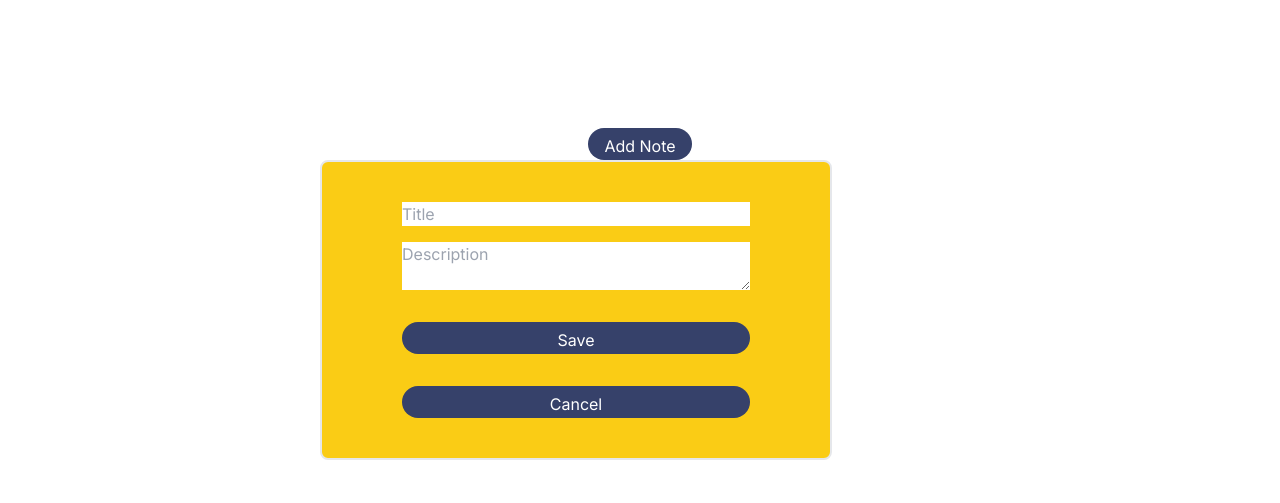
Repository: drumsmanku/next-and-nest-note-taker
Page: / (app in client/), after clicking the first element matching `button.px-4`
An editor plug-in stored every save of this project. The page is shown before and after the next save, followed by the edit.
The browser window is 1280 px wide. The pictures show the whole page.
The page's requests for data from a server got no answer. The project was rebuilt for these pictures with package versions that can differ from the ones it lists, and the page was loaded fresh each time. The framework's server and built-in components were replaced by stand-ins that run in the browser. No one was signed in, and anything a server would have sent is missing. Also part of the build but not shown: client/next.config.mjs.

Above is the page before, as saved 2024-03-14 12:47:57.

After the next save:
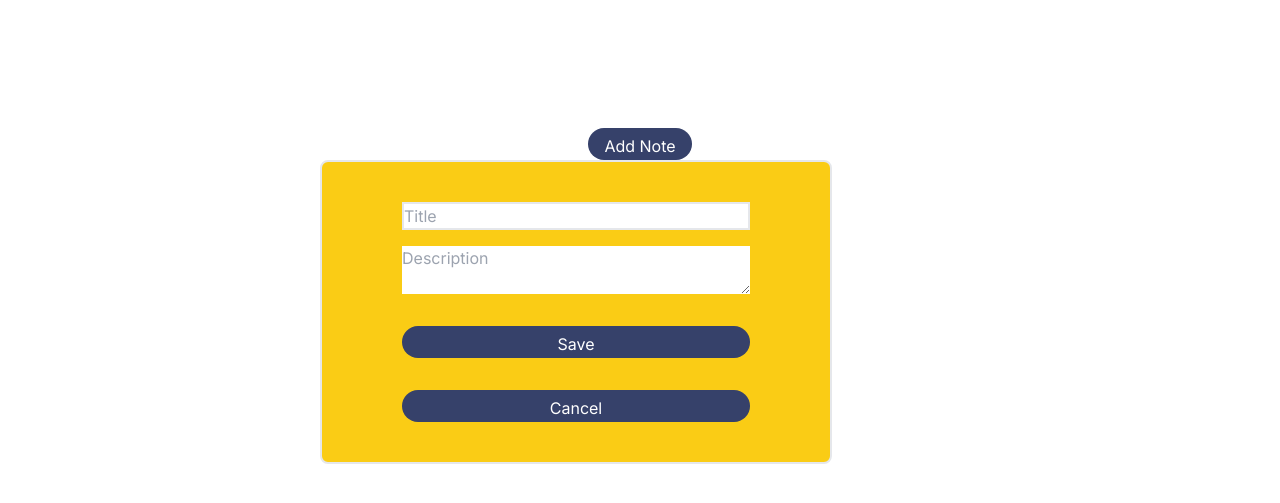
Saved 21 s later.
--- a/client/app/components/NotesComponent.tsx
+++ b/client/app/components/NotesComponent.tsx
@@ -83,7 +83,7 @@ const NotesComponent: React.FC = () => {
               placeholder="Title"
               value={newNoteTitle}
               onChange={(e) => setNewNoteTitle(e.target.value)}
-              className='mb-4'
+              className='mb-4 border-2'
             />
             <textarea
               placeholder="Description"
